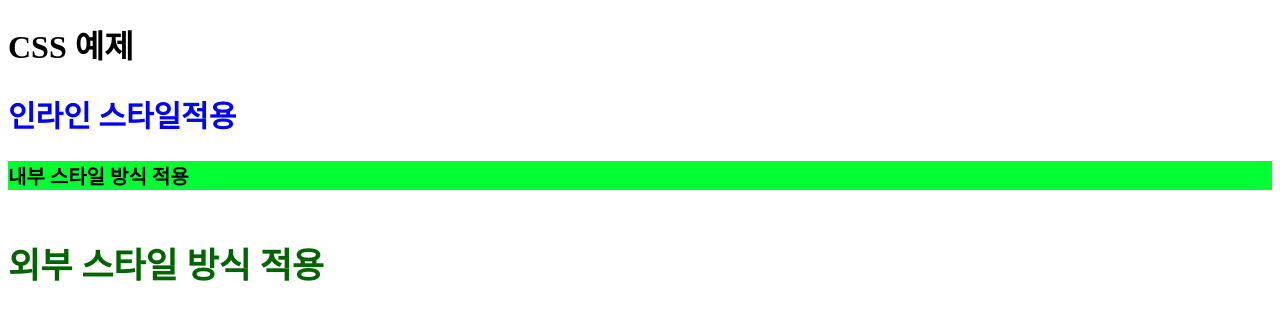
Repository: gus-123/Edu_KCC_HTML
Page: CSS/WebContent/Index.html
An editor plug-in stored every save of this project. The page is shown before and after the next save, followed by the edit.
The browser window is 1280 px wide. The pictures show the whole page.

Above is the page before, as saved 2024-07-09 00:38:04.

After the next save:
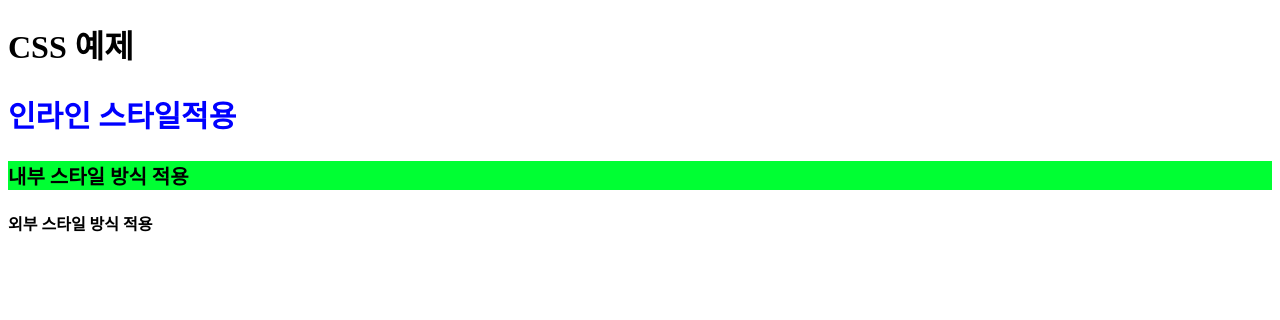
Saved 27 min 12 s later.
--- a/CSS/WebContent/Index.html
+++ b/CSS/WebContent/Index.html
@@ -3,7 +3,10 @@
 <head>
 <meta charset="UTF-8">
 <title>Insert title here</title>
-<link rel="stylesheet type="text/css" href="style.css">
+<!-- <link rel="stylesheet type="text/css" href="style.css"> -->  <!-- 외부 -->
+<!-- <style type="text/css">
+	@import url(""text/css"");
+</style>  -->
 <style type="text/css">
 	h3 {
 		font-size:20px;
